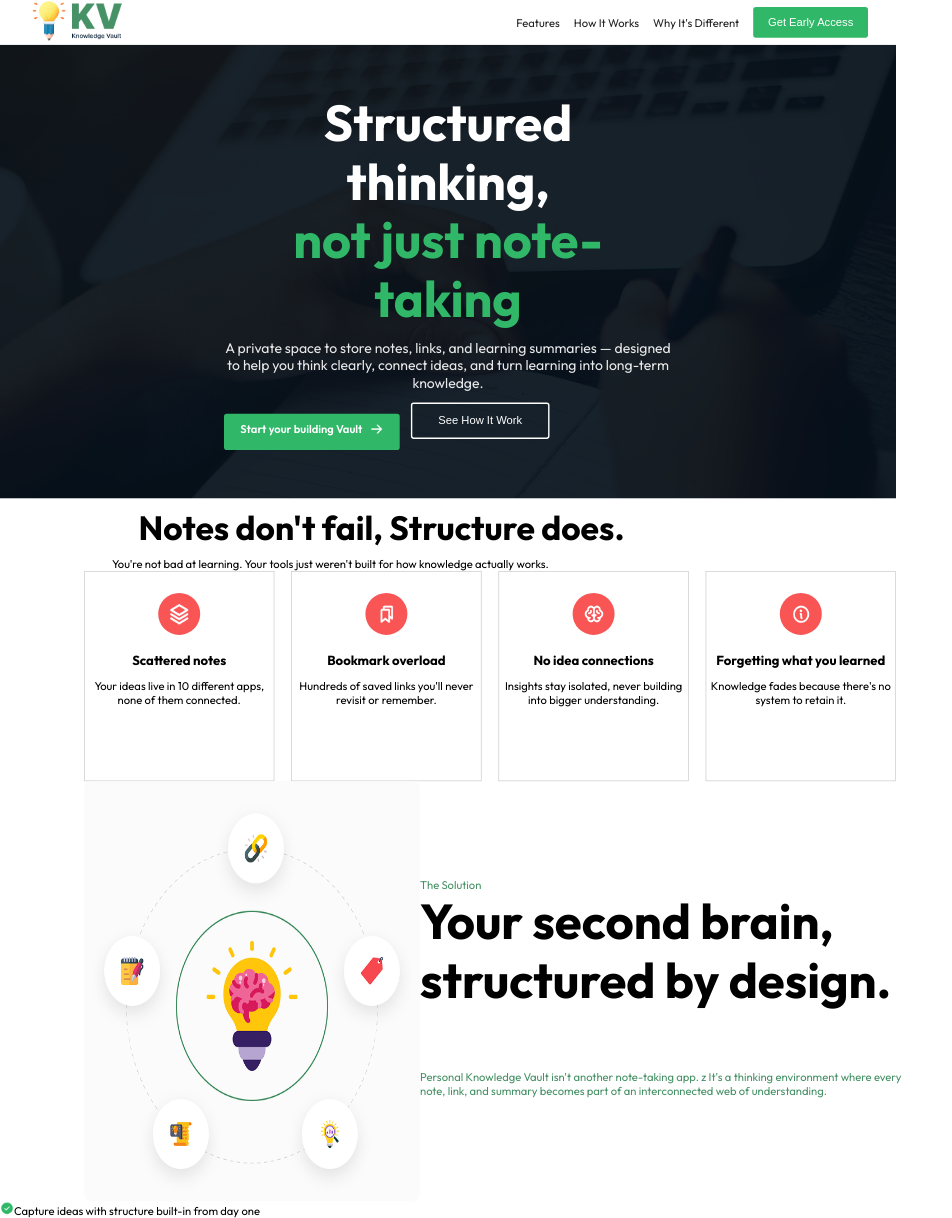
Repository: tanimtanzilislam/Assignment1-PH
Page: index.html
These files come from the project's save history. The page is drawn as it stood at one moment and after the next save; the edit follows.
The browser window is 1280 px wide. The page is 1360 px wide, so the pictures cover 1360 px, including what lies to the right of the window. The pictures show the whole page, at 70% of full size.

Above is the page before, as saved 2026-01-19 21:49:19.

### index.html
<!DOCTYPE html>
<html lang="en">
<head>
    <meta charset="UTF-8">
    <meta name="viewport" content="width=device-width, initial-scale=1.0">
    <title>Assignment 1</title>

    <link rel="stylesheet" href="./style.css">


    <link rel="preconnect" href="https://fonts.googleapis.com">
    <link rel="preconnect" href="https://fonts.gstatic.com" crossorigin>
    <link href="https://fonts.googleapis.com/css2?family=Outfit:wght@100..900&display=swap" rel="stylesheet">
    <link rel="stylesheet" href="https://cdnjs.cloudflare.com/ajax/libs/font-awesome/6.5.1/css/all.min.css">


</head>

<body class="font-inter">

<header>

    <nav class="navbar">
        <div class="logo-navbar">
            <img src="./assets/logo-navbar.png" alt="Logo">
        </div>

        <ul class="nav-list">
            <li><a href="#">Features</a></li>
            <li><a href="#">How It Works</a></li>
            <li><a href="#">Why It's Different</a></li>
            <li><button class="nav-button">Get Early Access</button></li>
        </ul>
    </nav>


    <section id="banner">
        <img src="./assets/hero-bg.png" alt="Background" class="bg-img">

        <div class="banner-content">
            <h1>Structured thinking,</h1>
            <h1 class="banner-content-col">not just note-taking</h1>
            <p>A private space to store notes, links, and learning summaries — designed to
help you think clearly, connect ideas, and turn learning into long-term knowledge.</p>

<div class="button-group">
<button class="banner-btn">
    <span class="txtbtn">Start your building Vault</span>
    <img src="./assets/ArrowRight.png" alt="" class="arrow">
</button>


<button class="transparent-button">See How It Work</button>

</div>

</div>
    </section>
</header>


<div class="poster">
    <h1>Notes don't fail, Structure does.</h1>
  <div><p>You're not bad at learning. Your tools just weren't built for how knowledge actually works.</p></div>
</div>







<div class="card-container">
    <div class="card">
        <div class="ellipse-shape">
            <img src="./assets/Vector.png" alt="" class="icon-img">
        </div>
        <h3>Scattered notes</h3>
        <p>Your ideas live in 10 different apps, none of them connected.</p>
    </div>

    <div class="card">
        <div class="ellipse-shape">
             <img src="./assets/Bookmarks.png" alt="" class="icon-img">
        </div>
        <h3>Bookmark overload</h3>
        <p>Hundreds of saved links you'll never revisit or remember.</p>
    </div>

    <div class="card">
        <div class="ellipse-shape">
           <img src="./assets/Brain.png" alt="" class="icon-img">
        </div>
        <h3>No idea connections</h3>
        <p>Insights stay isolated, never building into bigger understanding.</p>
    </div>

     <div class="card">
        <div class="ellipse-shape">
             <img src="./assets/Info.png" alt="" class="icon-img">
        </div>
        <h3>Forgetting what
you learned</h3>
        <p>Knowledge fades because there's no system to retain it.</p>
    </div>
</div>


<div class="App">

<img src="./assets/knowledge.png" alt="" class="App-img">
<div class="soln">
    <p >The Solution</p>
    <h1>Your second brain,
structured by design.</h1>
<p class="para">Personal Knowledge Vault isn't another note-taking app. z It's a thinking environment where every note, link, and summary becomes part of an interconnected web of understanding.</p>
</div>
</div>

<div class="list">

    <ul>
        <li> <img src="./assets/CheckCircle.png" alt="">Capture ideas with structure built-in from day one </li>

    </ul>
</div>

</body>
</html>

### style.css
*{
    margin: 0;
    padding: 0;
    box-sizing: border-box;
}

.font-inter{
    font-family: "Outfit", sans-serif;
}

/* NAVBAR */
.navbar{
    max-width: 1200px;
    height: 64px;
    margin: 0 auto;
    display: flex;
    justify-content: space-between;
    align-items: center;
}

.logo-navbar img{
    width: 139px;
    height: auto;
}

.nav-list{
    display: flex;
    list-style: none;
    gap: 20px;
    align-items: center;
}

.nav-list a{
    text-decoration: none;
    color: #222;
    font-size: 16px;
}

.nav-button{
    width: 164px;
    height: 44px;
    color: white;
    background-color: #30B868;
    border-radius: 4px;
    border: none;
    font-size: 16px;
    cursor: pointer;
}

/* BANNER */
#banner{
    position: relative;
    height: 90vh;
    overflow: hidden;
}

.bg-img{
    width: 100%;
    height: 100%;
    object-fit: cover;
}

/* overlay */
#banner::before{
    content: "";
    position: absolute;
    inset: 0;
    background: rgba(0,0,0,0.5);
}

/* TEXT ON IMAGE */
.banner-content{
    position: absolute;
    top: 50%;
    left: 50%;
    transform: translate(-50%, -50%);
    color: white;
    text-align: center;
    max-width: 770px;
}

.banner-content h1{
    font-size: 72px;
    font-weight: 700;
    line-height: 84px;
}

.banner-content p{
    font-size: 20px;
    margin-top: 15px;
    opacity: 0.9;
}


.banner-content-col{
    color:#30B868
}
.banner-btn{
    width: 251px;
    height: 52px;
    border-radius: 4px;         /* correct */
    padding: 4px 16px 12px 16px;
    margin-top: 32px;
    gap: 10px;
    background-color: #30B868;
    display: flex;
    align-items: center;        /* vertically center */
    justify-content: center;
    cursor: pointer;
    border: none;
}

.txtbtn{
    color: white;
    font-family: "Outfit", sans-serif; /* or inter */
    font-weight: 600;
    font-size: 16px;
}

.arrow{
    width: 18px;
    height: 18px;
}

.transparent-button{
    background: transparent;
    border: 2px solid white;     /* button visible রাখতে */
    color: white;
    width: 198px;
    height: 52px;
    border-radius: 4px;          /* correct */
    font-size: 16px;
    cursor: pointer;

    display: flex;
    align-items: center;
    justify-content: center;
}


.arrow{
    width:20px;
    height:20px;
}

.poster h1{
    position: relative;


    color:black;
    text-align: center;
    max-width: 770px;
    font-size: 48px;
    font-weight: 700;
    line-height: 84px;
}


.button-group{
    display: flex;
    gap: 16px;
    align-items: center;
}

.poster{
    max-width: 1200px;
    margin: 0 auto;
    padding:0 120px;
    align-items:center;
}

.card-container{

    display:flex;
    justify-content: center;
    gap:24px;
    border-color:8px;
    padding-left: 120px;
}
.card{
    display: flex;
     width: 322px;
    height: 300px;
     align-items: center;      /* horizontally center */
    border: 1px solid #ccc; /* border */
    box-sizing: border-box;
     /* Add this */
    display: flex;
    flex-direction: column;
    align-items: center;      /* horizontally center */
    text-align: center;       /* text center */
    padding-top: 20px;
    gap: 14px;

}
.card h3{

    font:inter;
    weight: 600px;
    style:semibold;
    align-items: center;
}
.ellipse-shape {
    width: 60px;
    height: 60px; /* Or equal for circle */
    background-color: #F95555;
    border-radius: 50%; /* Makes it elliptical/circular */
    margin: 10px auto; /* Center it */
      display: flex;
    justify-content: center;      /* horizontal center */
    align-items: center;
}
.icon-img{
    width:27.01px;
    height: 29px;
    Top:1.5px;
    Left:2.49px;
    align-items:center;
}
.App{
    display: flex;
}
.App-img{
    width:600px;
    height: 600px;
    radius:12px;
    padding-left:120px;
}
.soln p{
   color:#469165;
   width: 700px;
   height:20px;
   margin-top:138px;
   margin-right:60px;
}
.soln h1{
    width:700px;
    height:116px;
    font:inter;
    weight:700;
    style:bold;
    size:48px;
    line-height: 100%;

    font-size: 70px;
    font-weight: 700;
    line-height: 84px;
    margin-bottom: 0px;
}
.para{
    margin-top:16px;
}
/* RESPONSIVE */
@media (max-width: 768px){
    .banner-content h1{
        font-size: 42px;
        line-height: 52px;
    }
}

After the next save:
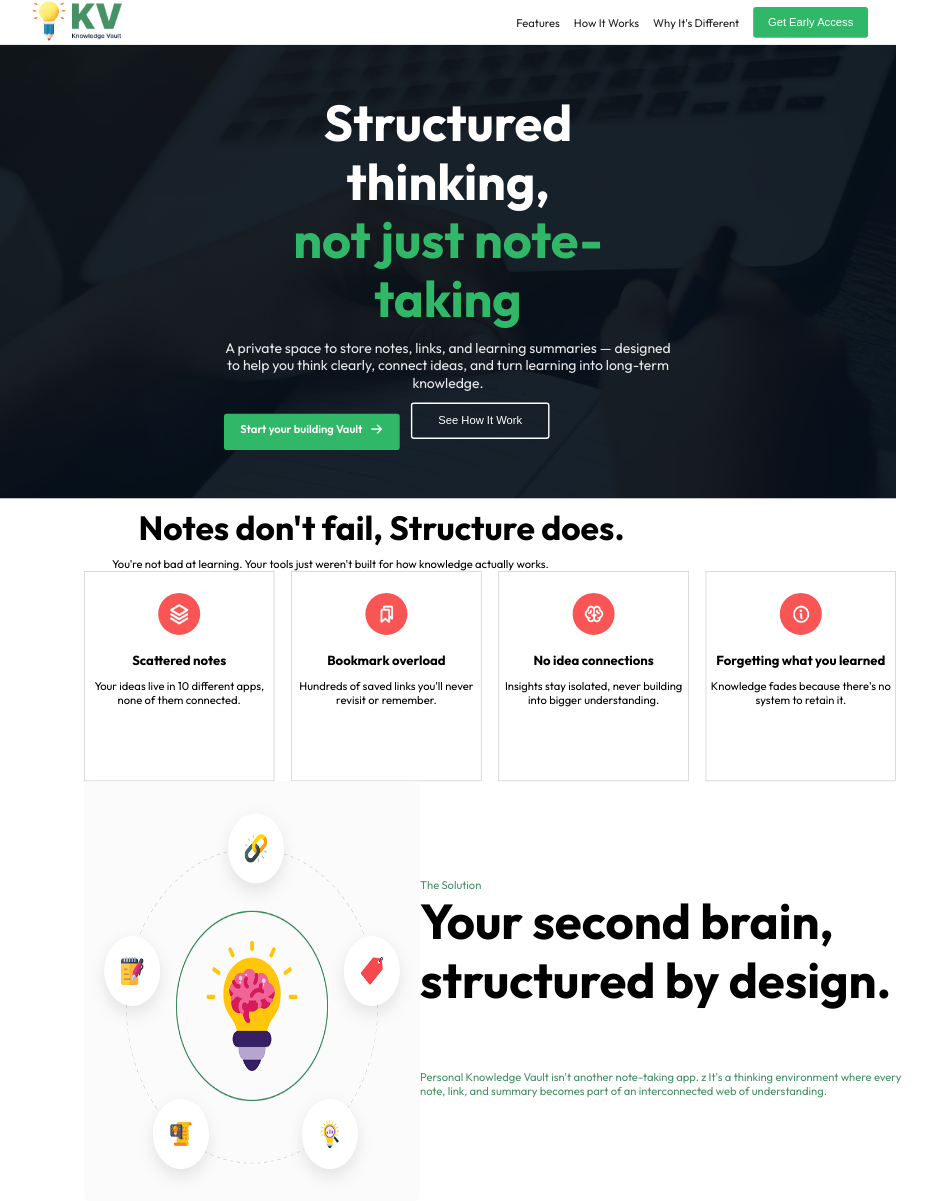
Saved 36 s later.
--- a/index.html
+++ b/index.html
@@ -117,13 +117,7 @@ structured by design.</h1>
 </div>
 </div>
 
-<div class="list">
 
-    <ul>
-        <li> <img src="./assets/CheckCircle.png" alt="">Capture ideas with structure built-in from day one </li>
-
-    </ul>
-</div>
 
 </body>
 </html>
